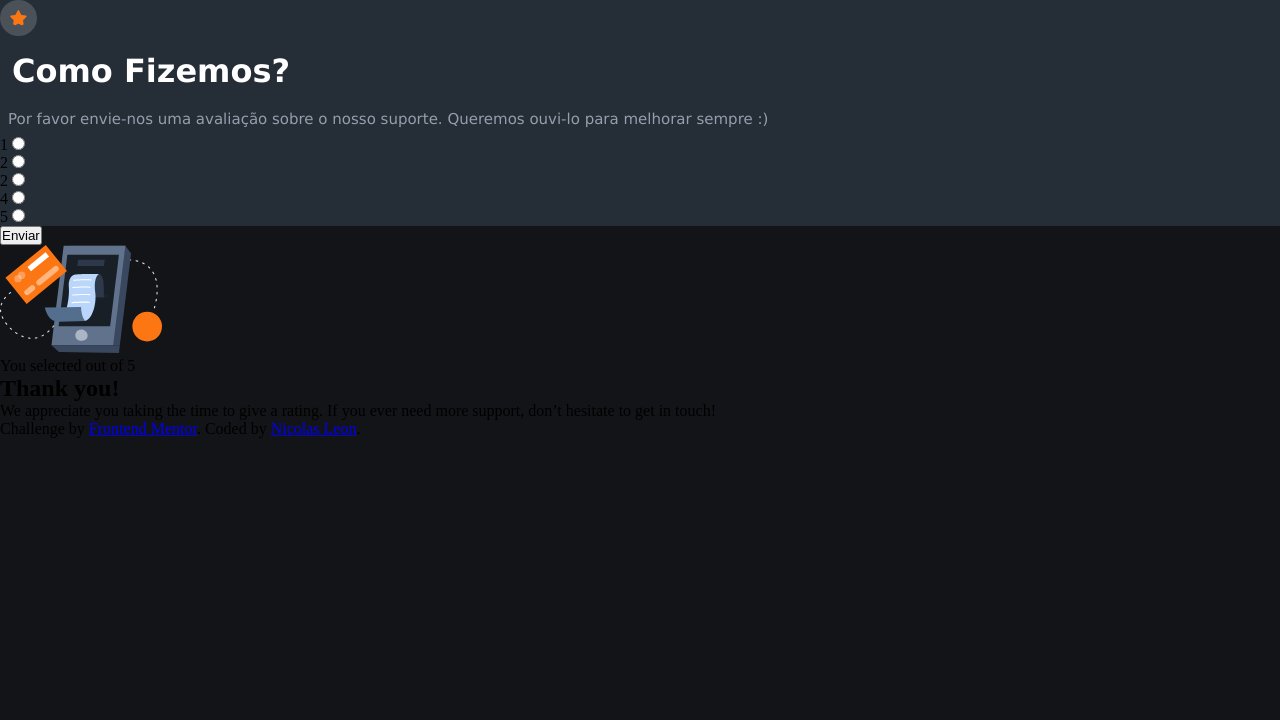
Repository: Leonngc/projeto-avaliacao
Page: index.html
These files come from the project's save history. The page is drawn as it stood at one moment and after a run of saves; the edit follows.
The browser window is 1280 px wide. The pictures show the whole page.

Above is the page before, as saved 2023-01-29 20:30:48.
Console error: SyntaxError: Unexpected token ')'

### index.html
<!DOCTYPE html>
<html lang="pt-br">

<head>
  <meta charset="UTF-8">
  <meta name="viewport" content="width=device-width, initial-scale=1.0">
  <!-- displays site properly based on user's device -->

  <link rel="icon" type="image/png" sizes="32x32" href="./images/favicon-32x32.png">
  <script src="js/index.js" defer></script>

  <title>Frontend Mentor | Interactive rating component</title>

  <link rel="stylesheet" href="styles/style.css">
</head>

<body>

  <!-- Rating state start -->
  <div id="card">
    <img src="images/icon-star.svg" alt="" id="icon">
    <div id="mensage">
      <h1>Como Fizemos?</h1>
      <p>Por favor envie-nos uma avaliação sobre o nosso suporte. Queremos ouvi-lo para melhorar sempre :)</p>
    </div>
    <form id="ratting">
      <div>
        <label for="ratting-one">1</label> <input type="radio" class="ratting-btn" id="ratting-one" name="ratting">
      </div>
      <div>
        <label for="ratting-two">2</label> <input type="radio" class="ratting-btn" id="ratting-two" name="ratting">
      </div>
      <div>
        <label for="ratting-three">2</label> <input type="radio" class="ratting-btn" id="ratting-three" name="ratting">
      </div>
      <div>
        <label for="ratting-four">4</label> <input type="radio" class="ratting-btn" id="ratting-four" name="ratting">
      </div>
      <div>
        <label for="ratting-five">5</label> <input type="radio" class="ratting-btn" id="ratting-five" name="ratting">
      </div>
    </div>
      <input type="submit" value="Enviar" onclick="sent()" id="">
  </form>

  <!-- Rating state end -->

  <!-- Thank you state start -->

  <section id="result-avaliation" class="avaliation-form">
    <div id="thank-image">
      <img src="images/illustration-thank-you.svg" alt="">
    </div>


    <p id="avaliation-user">You selected <!--ratting result --> out of 5</p>
    <h1>Thank you!</h1>
    <p id="thanks-mensage">
      We appreciate you taking the time to give a rating. If you ever need more support,
      don’t hesitate to get in touch!
    </p>
  </section>

  <!-- Thank you state end -->


  <footer class="attribution">
    Challenge by <a href="https://www.frontendmentor.io?ref=challenge" target="_blank">Frontend Mentor</a>.
    Coded by <a href="#">Nicolas Leon</a>.
  </footer>
</body>

</html>

### js/index.js
switch () {
    case value:

        break;

    default:
        break;
}

### styles/style.css
:root {
  --very-dark-blue: hsl(216, 12%, 8%);
  --dark-blue: hsl(213, 19%, 18%);
  --medium-grey: hsl(216, 12%, 54%);
  --light-grey: hsl(217, 12%, 63%);
}

* {
  margin: 0;
  padding: 0;
  box-sizing: border-box;
}

body{
  background-color: var(--very-dark-blue);
}

#card{
  background-color: var(--dark-blue);
}

.ratting{
  background-color: var(--dark-blue);
  margin: auto;
  margin-top: 190px;
  width: 470px;
  height: 400px;
  padding: 40px;
  border-radius: 30px;
}

#icon{
  background-color: rgba(211, 211, 211, 0.218);
  padding: 10px;
  border-radius: 50%;
}

#mensage > h1{
  font-family: 'Lucida Sans', 'Lucida Sans Regular', 'Lucida Grande', 'Lucida Sans Unicode', Geneva, Verdana, sans-serif;
  color: white;
  padding: 12px;
}

#mensage > p{
  padding: 8px;
  font-size: 15px;
  font-family: Verdana, Geneva, Tahoma, sans-serif;
  color: var(--light-grey);
}

After the next 6 saves:
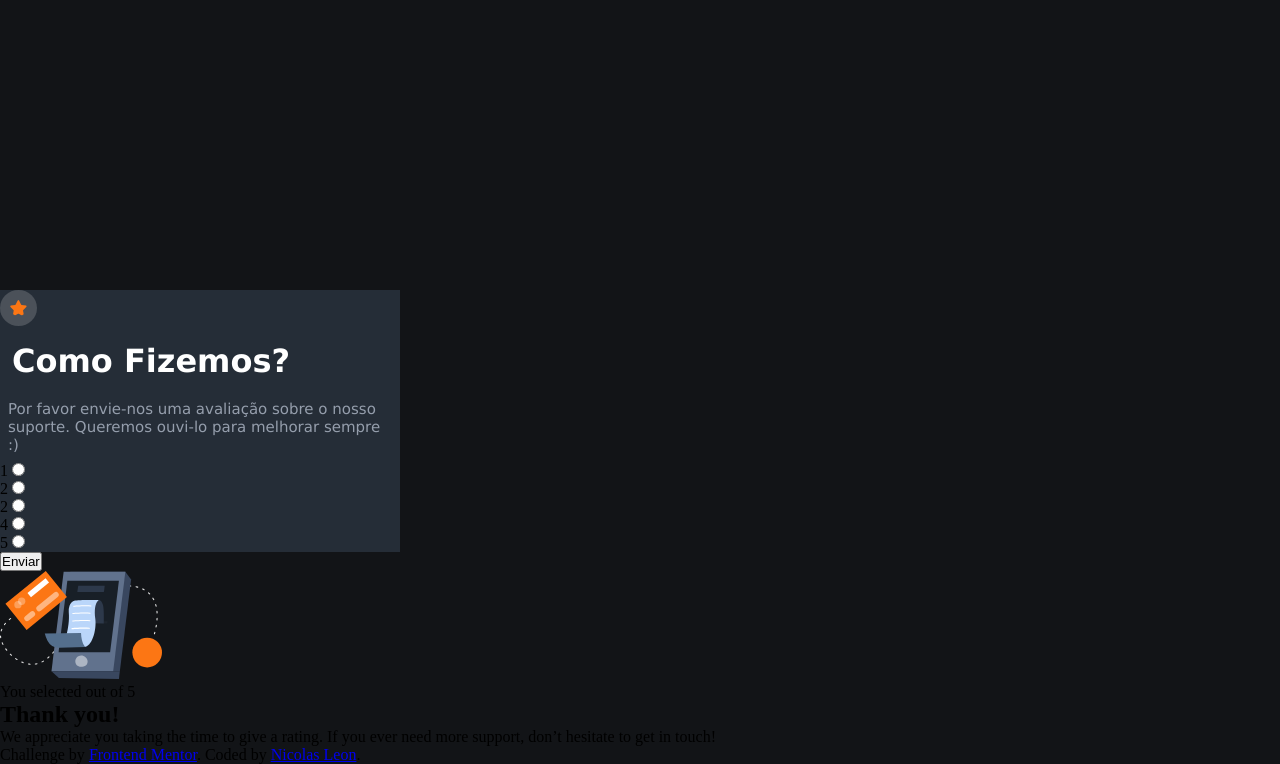
The 6 saves are shown as one change because they came seconds apart.
The last was saved 19 s later.
--- a/styles/style.css
+++ b/styles/style.css
@@ -17,6 +17,8 @@ body{
 
 #card{
   background-color: var(--dark-blue);
+  width: 400px;
+  margin-top: 290px;
 }
 
 .ratting{
